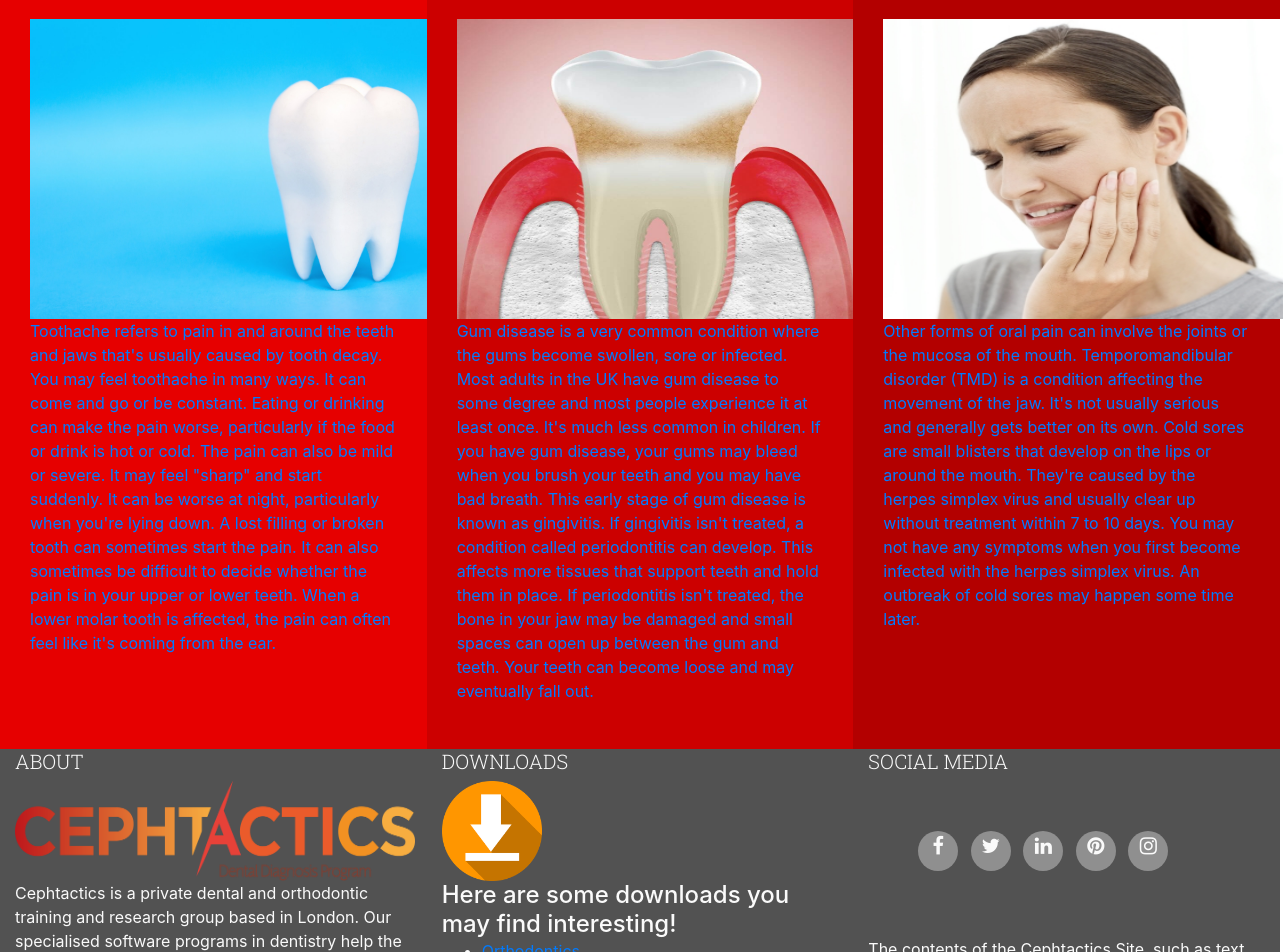
Repository: Code-Institute-Submissions/Rajjabbal-milestone-project
Page: index.html
The author's editor kept a record of every edit. The page is drawn from the files as they stood at one moment, then again after the next edit.
The browser window is 1280 px wide. The page is 1283 px wide, so the pictures cover 1283 px, including what lies to the right of the window. The pictures show the part of the page from y = 1161 to 2113 px (the page is 2426 px tall).
Some web libraries are served in a nearby version.

Above is the page before.

After the next edit:
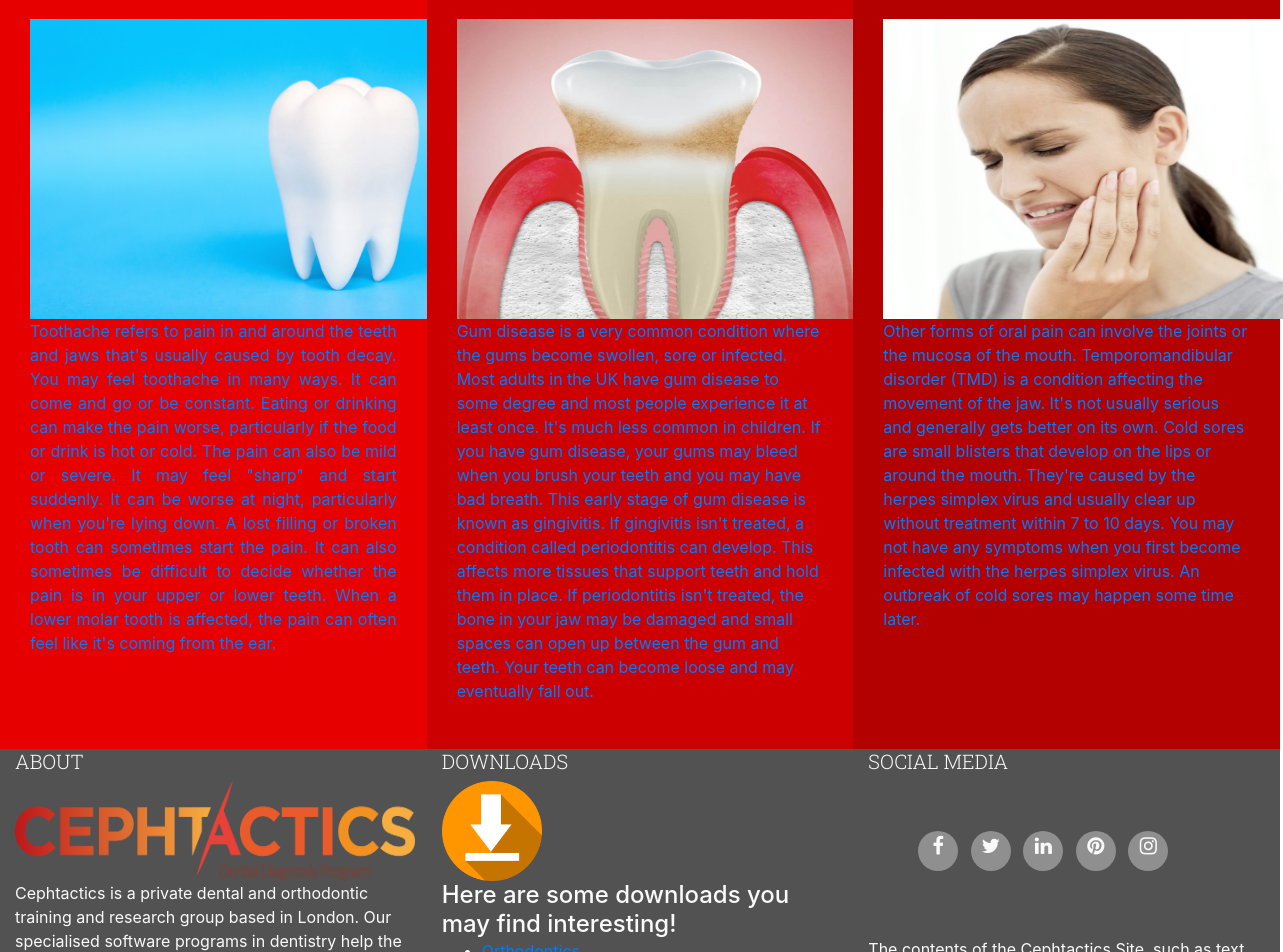
The edit:
--- a/index.html
+++ b/index.html
@@ -68,7 +68,7 @@
                 <a href="1dental.html">
                     <h4 class="section-heading uppercase">DENTAL</h4>
                     <img src="./assets/images/index1.jpg" alt="Italian Trulli" style="width:400px; height:300px;">
-                    <p class="inline-block">Toothache refers to pain in and around the teeth and jaws that's usually caused by tooth decay. You may feel toothache in many ways. It can come and go or be constant. Eating or drinking can make the pain worse, particularly if the
+                    <p class="inline-block" align="justify">Toothache refers to pain in and around the teeth and jaws that's usually caused by tooth decay. You may feel toothache in many ways. It can come and go or be constant. Eating or drinking can make the pain worse, particularly if the
                         food or drink is hot or cold. The pain can also be mild or severe. It may feel "sharp" and start suddenly. It can be worse at night, particularly when you're lying down. A lost filling or broken tooth can sometimes start the pain.
                         It can also sometimes be difficult to decide whether the pain is in your upper or lower teeth. When a lower molar tooth is affected, the pain can often feel like it's coming from the ear.</p>
                 </a>
